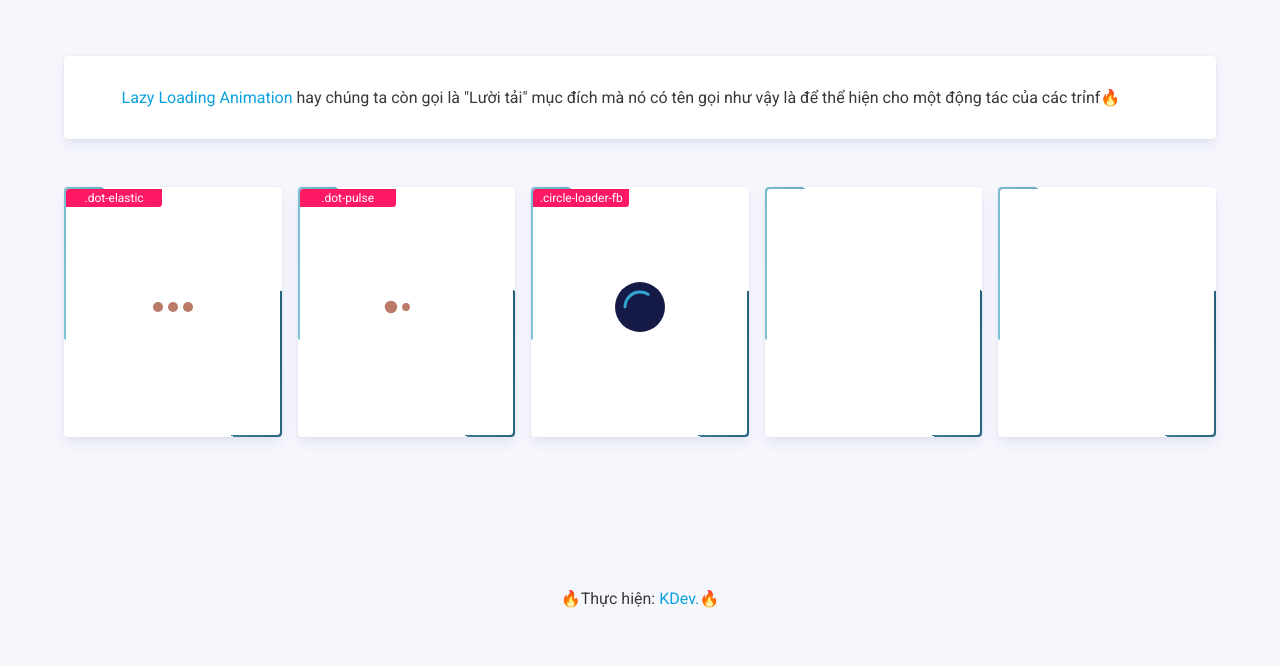
Repository: haokiet2501/lazy-loader-animation
Page: index.html
The author's editor kept a copy of each file at every save. The page is drawn from the files as they stood at one save, then again after the next save.
The browser window is 1280 px wide. The pictures show the whole page.
The style sheet was rebuilt from its Sass, Less or Tailwind sources for each picture, by a compiler version that may differ from the author's.

Above is the page before, as saved 2022-05-07 01:22:44.

After the next save:
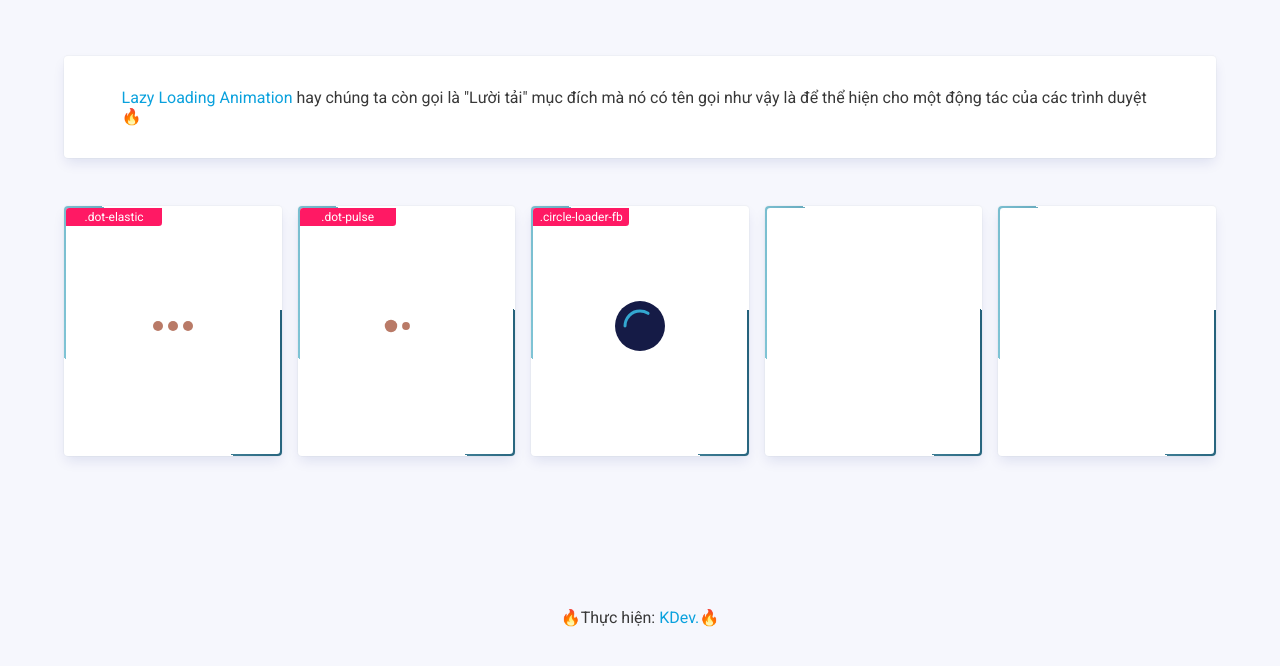
Saved 5 s later.
--- a/index.html
+++ b/index.html
@@ -11,7 +11,7 @@
 <body>
     <div class="container">
         <div class="title">
-            <a href="/" target="_blank">Lazy Loading Animation</a> hay chúng ta còn gọi là "Lười tải" mục đích mà nó có tên gọi như vậy là để thể hiện cho một động tác của các trỉnf🔥
+            <a href="/" target="_blank">Lazy Loading Animation</a> hay chúng ta còn gọi là "Lười tải" mục đích mà nó có tên gọi như vậy là để thể hiện cho một động tác của các trình duyệt 🔥
         </div>
 
         <div class="row">
